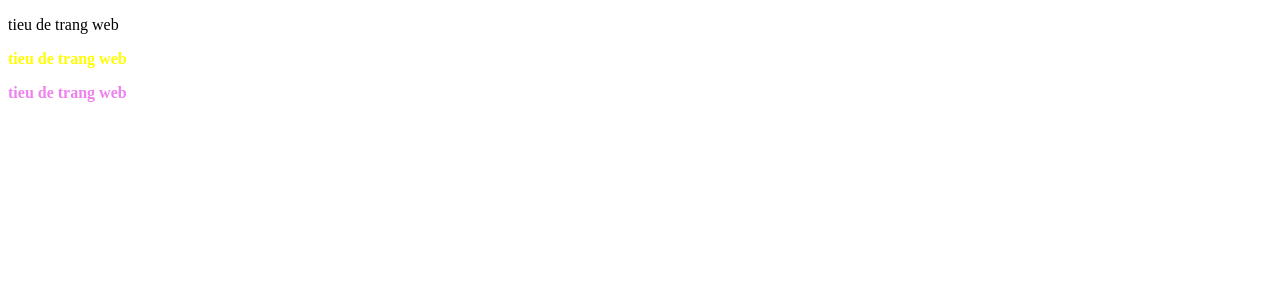
Repository: quocanh1010/quocanh1010.github.io
Page: Front End bai 1 2/index.html
An editor plug-in stored every save of this project. The page is shown before and after the next save, followed by the edit.
The browser window is 1280 px wide. The pictures show the whole page.

Above is the page before, as saved 2021-04-16 20:34:35.

After the next save:
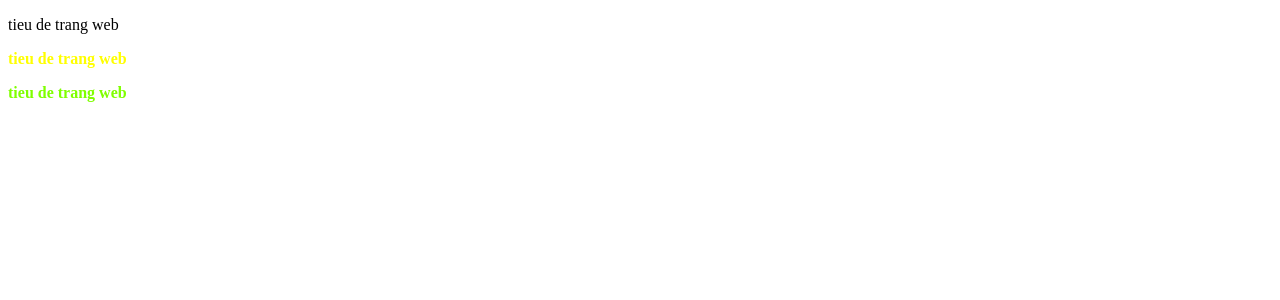
Saved 59 s later.
--- a/Front End bai 1 2/index.html
+++ b/Front End bai 1 2/index.html
@@ -17,11 +17,13 @@
         .font-other {
             font-weight: 400;
         }
-
+        p#classic-color {
+            color: blue;
+        }
         #classic-color {
             color: violet;
         }
-        p.mau-vang {
+        .mau-vang {
             font-weight: 800;
             color: yellow;
         }
@@ -34,7 +36,7 @@
 
     <p>tieu de trang web</p>
     <p class="mau-vang" >tieu de trang web</p>
-    <p class="mau-vang font-other" id="classic-color">tieu de trang web</p>
+    <p class="mau-vang font-other" id="classic-color" style="color: chartreuse;">tieu de trang web</p>
 
 
 </body>
